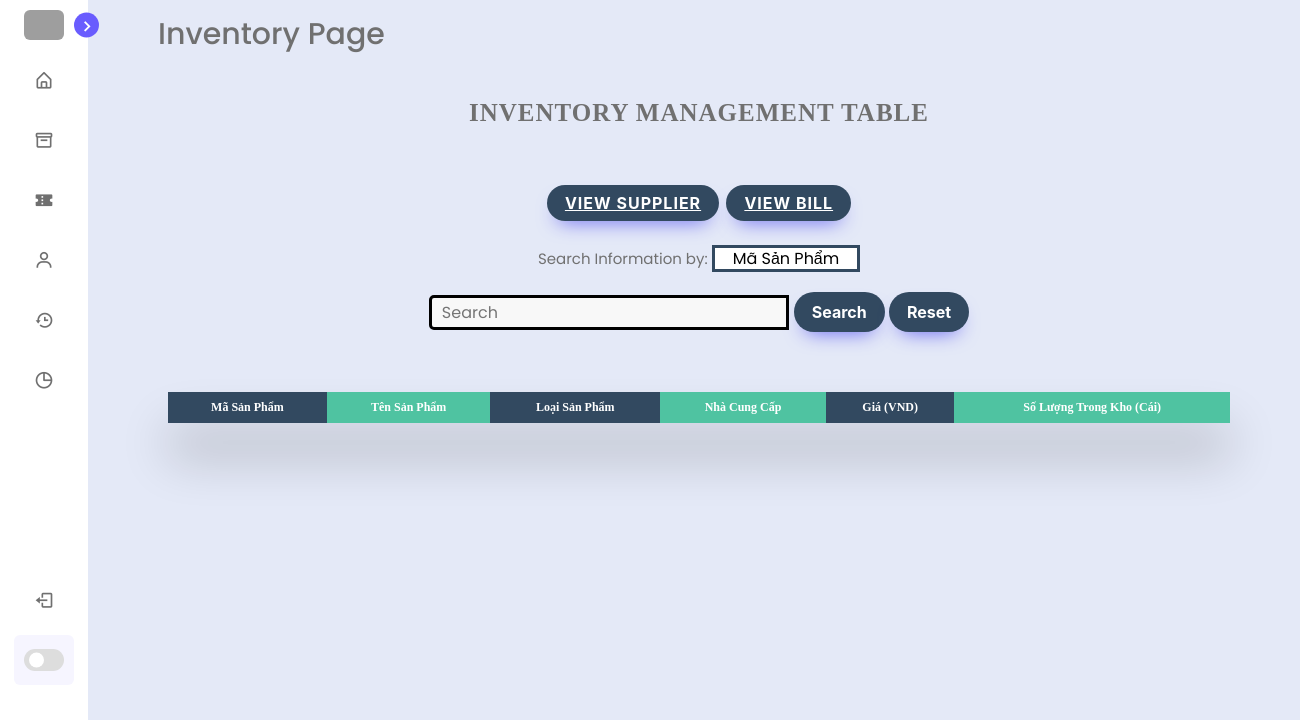
Repository: JeffDaveHudson/CapstoneProject
Page: http://localhost/CapstoneProject/inventory
These files come from the project's save history. The page is drawn as it stood at one moment and after the next save; the edit follows.
The browser window is 1280 px wide. The page is 1300 px wide, so the pictures cover 1300 px, including what lies to the right of the window. The pictures show the whole page.
Pictures or frames that could not be fetched are drawn as grey boxes. The page is served by Tomcat 9.

Above is the page before, as saved 2023-05-21 12:45:05.

After the next save:
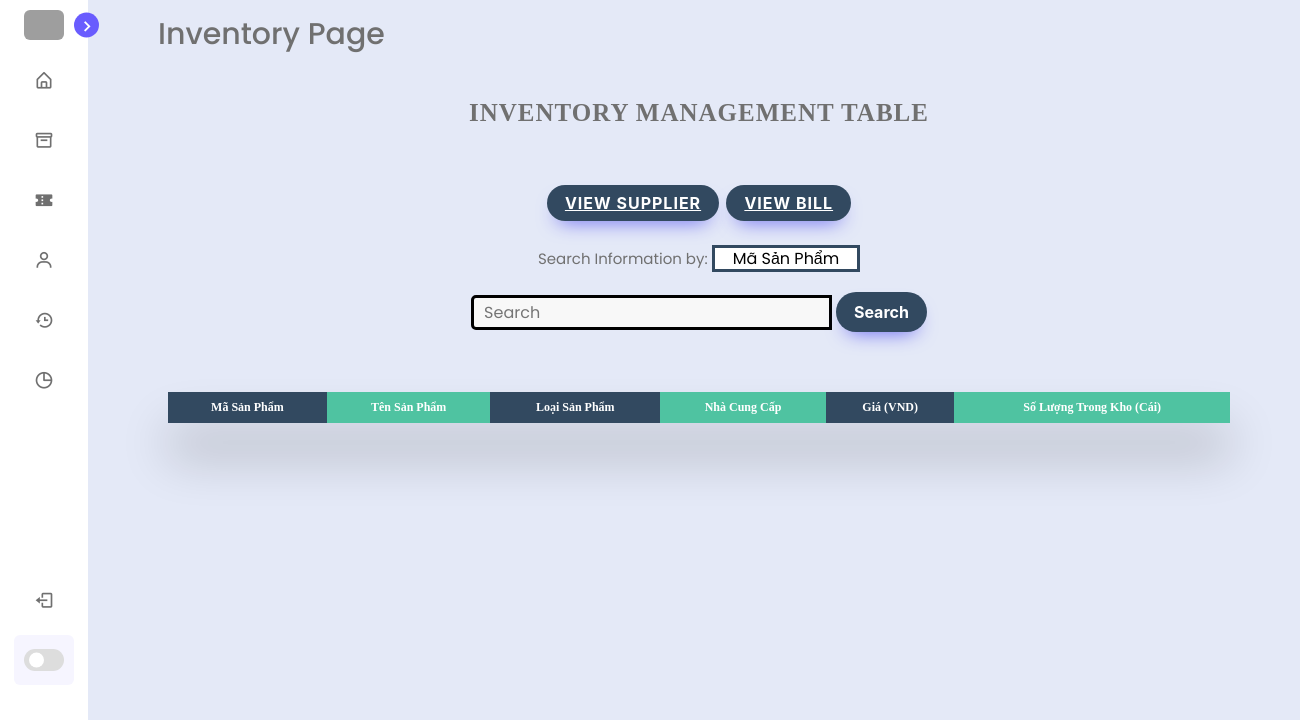
Saved 9 min 45 s later.
--- a/CapstoneProject/src/main/webapp/admin/Inventory.jsp
+++ b/CapstoneProject/src/main/webapp/admin/Inventory.jsp
@@ -44,7 +44,6 @@
         <form:form id="form2" action="inventorysearch">
   						<div class="searchbar"><input name="searchInventoryString" type="search" placeholder='Search' /></div>
   						<button class = "button-search" type = "submit">Search</button>
-                		<button class = "button-search" type = "reset">Reset</button>
         </form:form>
 
 
